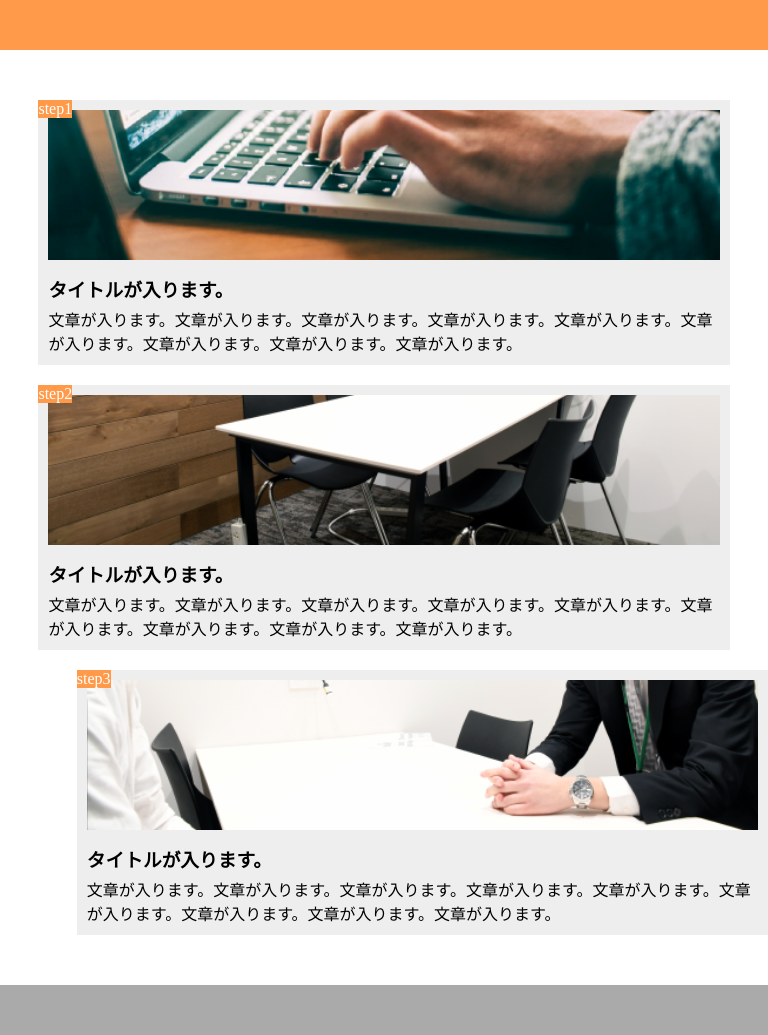
Repository: nosuyuki1002/git-practice2
Page: chpter/9.html
The author's editor kept a record of every edit. The page is drawn from the files as they stood at one moment, then again after the next edit.
The browser window is 768 px wide. The pictures show the whole page.

Above is the page before.

After the next edit:
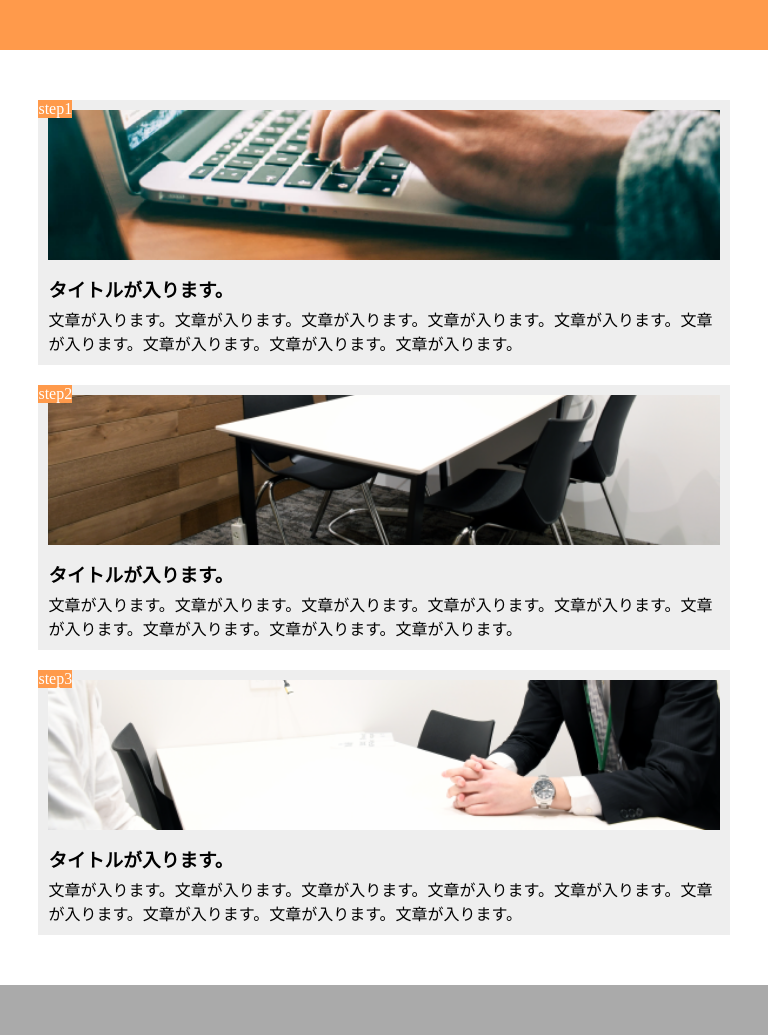
The edit:
--- a/chpter/style.css
+++ b/chpter/style.css
@@ -81,5 +81,9 @@
         margin: 0 auto 20px;
     }
 
+    .step-box:last-child {
+        margin-right: auto;
+
+    }
 
 }
